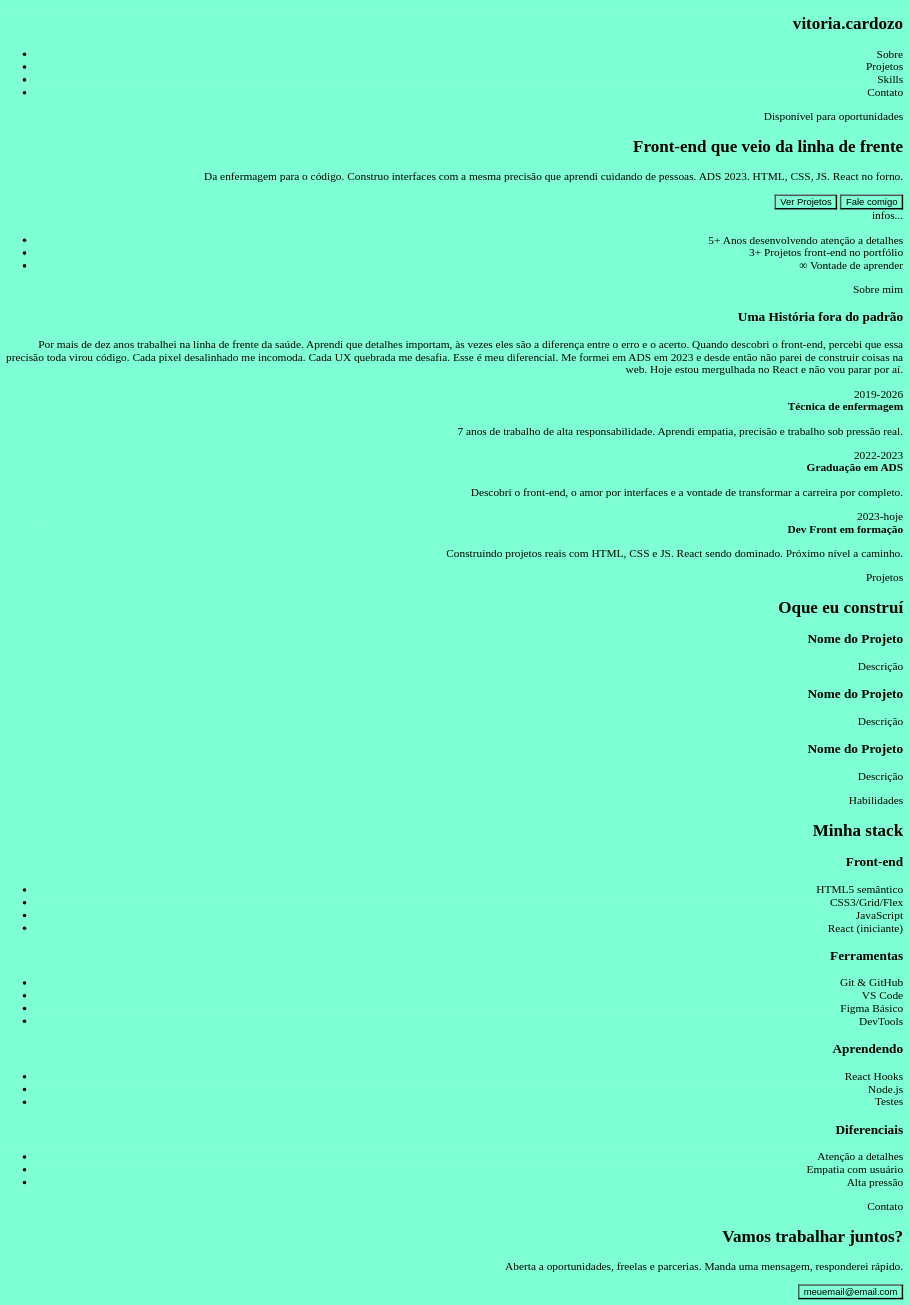
Repository: Bitroia/Portifolio
Page: index.html
An editor plug-in stored every save of this project. The page is shown before and after the next save, followed by the edit.
The browser window is 1280 px wide. The pictures show the whole page, at 71% of full size.

Above is the page before, as saved 2026-04-23 22:03:54.

### index.html
<!doctype html>
<html lang="pt-br">
  <head>
    <meta charset="UTF-8" />
    <meta name="viewport" content="width=device-width, initial-scale=1.0" />
    <link rel="stylesheet" href="styles/style.css" />
    <script src="scripts/script.js" defer></script>
    <title>Meu portifólio</title>
  </head>
  <body>
    <header>
      <nav id="nav-container">
        <h2>vitoria.cardozo</h2>
        <ul id="links-container">
          <li>Sobre</li>
          <li>Projetos</li>
          <li>Skills</li>
          <li>Contato</li>
        </ul>
      </nav>
    </header>
    <main>
      <section class="introduction-section">
        <p class="avaible-p">Disponível para oportunidades</p>
        <h1>
          Front-end
          <span class="line-2">que veio da</span>
          <span class="accent">linha de frente</span>
        </h1>
        <p>
          Da enfermagem para o código. Construo interfaces com a mesma precisão
          que aprendi cuidando de pessoas. ADS 2023. HTML, CSS, JS. React no
          forno.
        </p>
        <button id="projects-btn">Ver Projetos</button>
        <button id="talk-to-me-btn">Fale comigo</button>
      </section>
      <article id="info-container">infos...</article>
      <ul class="mini-cards-container">
        <li class="mini-card">
          <span class="num">5+</span>
          <span class="label">Anos desenvolvendo atenção a detalhes</span>
        </li>
        <li class="mini-card">
          <span class="num">3+</span>
          <span class="label">Projetos front-end no portfólio</span>
        </li>
        <li class="mini-card">
          <span class="num">&#8734</span>
          <span class="label">Vontade de aprender</span>
        </li>
      </ul>
      <section id="about-me-section">
        <section id="history-section">
            <span class="title">Sobre mim</span>
            <h1>Uma História <span class="accent">fora do padrão</span>
            </h1>
            <p>Por mais de dez anos trabalhei na linha de frente da saúde. Aprendi que detalhes importam, às vezes eles são a diferença entre o erro e o acerto.
            Quando descobri o front-end, percebi que essa precisão toda virou código. Cada pixel desalinhado me incomoda. Cada UX quebrada me desafia. Esse é meu diferencial.
            Me formei em ADS em 2023 e desde então não parei de construir coisas na web. Hoje estou mergulhada no React e não vou parar por aí.</p>
        </section>
        <section id="experiences-section">
            <dl class="experiences-list">
                <dt class="date-exp">2019-2026</dt>
                <dd class="desc-exp">
                    <strong>Técnica de enfermagem</strong>
                    <p>7 anos de trabalho de alta responsabilidade. Aprendi empatia, precisão e trabalho sob pressão real.</p>
                </dd>
                <dt class="date-exp">2022-2023</dt>
                <dd class="desc-exp">
                    <strong>Graduação em ADS</strong>
                    <p>Descobri o front-end, o amor por interfaces e a vontade de transformar a carreira por completo.</p>
                </dd>
                <dt class="date-exp">2023-hoje</dt>
                <dd class="desc-exp">
                    <strong>Dev Front em formação</strong>
                    <p>Construindo projetos reais com HTML, CSS e JS. React sendo dominado. Próximo nível a caminho.</p>
                </dd>
            </dl>
        </section>
      </section>
      <section id="projects-section">
        <span class="title">Projetos</span>
        <h1>Oque eu construí</h1>
        <article class="project-card">
          <h3>Nome do Projeto</h3>
          <p>Descrição</p>
        </article>
        <article class="project-card">
          <h3>Nome do Projeto</h3>
          <p>Descrição</p>
        </article>
        <article class="project-card">
          <h3>Nome do Projeto</h3>
          <p>Descrição</p>
        </article>
      </section>
      <section id="skills-section">
        <span class="title">Habilidades</span>
        <h1>Minha stack</h1>
        <article class="stack-card">
          <h3>Front-end</h3>
          <ul class="stack-ul">
            <li>HTML5 semântico</li>
            <li>CSS3/Grid/Flex</li>
            <li>JavaScript</li>
            <li>React (iniciante)</li>
          </ul>
        </article>
        <article class="stack-card">
          <h3>Ferramentas</h3>
          <ul class="stack-ul">
            <li>Git & GitHub</li>
            <li>VS Code</li>
            <li>Figma Básico</li>
            <li>DevTools</li>
          </ul>
        </article>
        <article class="stack-card">
          <h3>Aprendendo</h3>
          <ul class="stack-ul">
            <li>React Hooks</li>
            <li>Node.js</li>
            <li>Testes</li>
          </ul>
        </article>
        <article class="stack-card">
          <h3>Diferenciais</h3>
          <ul class="stack-ul">
            <li>Atenção a detalhes</li>
            <li>Empatia com usuário</li>
            <li>Alta pressão</li>
          </ul>
        </article>
      </section>
      <section id="finish-section">
        <span class="title">Contato</span>
         <h1>Vamos trabalhar
          <span class="accent">juntos?</span>
         </h1>
         <p>Aberta a oportunidades, freelas e parcerias. Manda uma mensagem, responderei rápido.</p>
         <button class="contact-button">meuemail@email.com</button>
      </section>
    </main>
  </body>
</html>

### styles/style.css
* {
  text-align: right;

  background-color: aquamarine;
}

Loaded but not shown: scripts/script.js (no stored copy; drawn as an empty file)

After the next save:
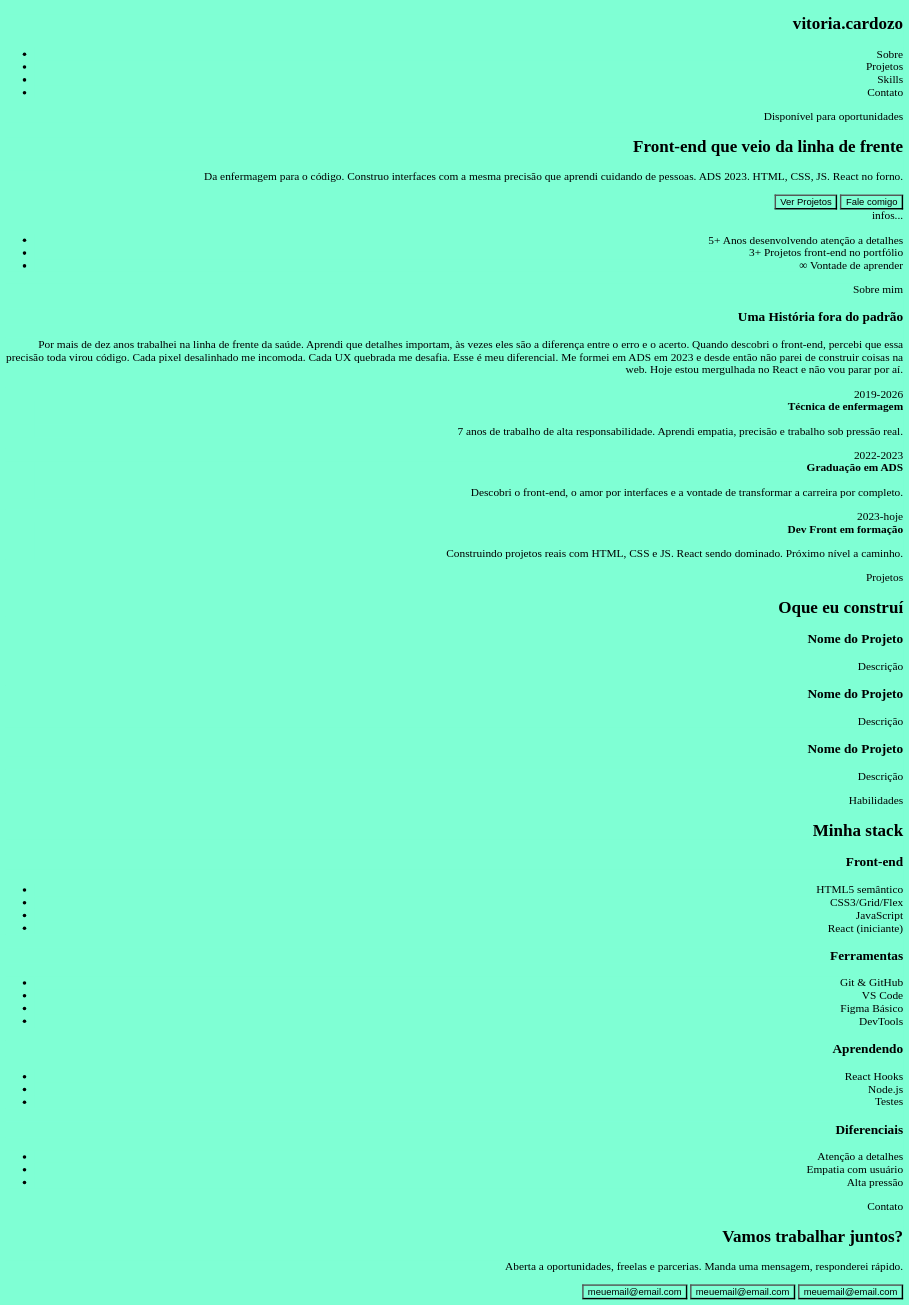
Saved 8 s later.
--- a/index.html
+++ b/index.html
@@ -140,6 +140,8 @@
          </h1>
          <p>Aberta a oportunidades, freelas e parcerias. Manda uma mensagem, responderei rápido.</p>
          <button class="contact-button">meuemail@email.com</button>
+         <button class="contact-button">meuemail@email.com</button>
+         <button class="contact-button">meuemail@email.com</button>
       </section>
     </main>
   </body>
